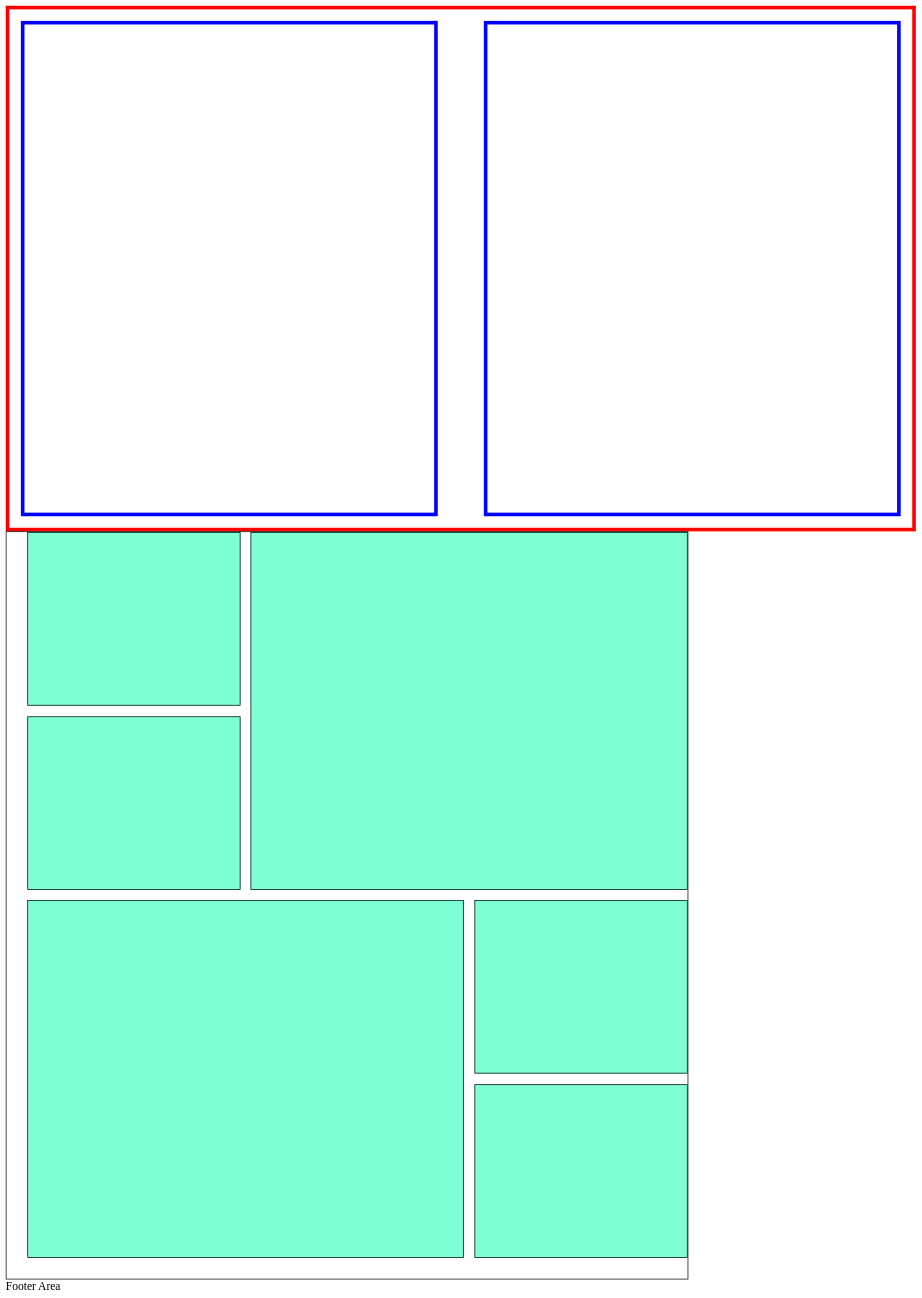
Repository: BwesewB/Brutalist-Website
Page: /
These files come from the project's save history. The page is drawn as it stood at one moment and after the next save; the edit follows.
The browser window is 1280 px wide. The pictures show the whole page, at 72% of full size.
The project was rebuilt for these pictures with package versions that can differ from the ones it lists, and the page was loaded fresh each time. The framework's server and built-in components were replaced by stand-ins that run in the browser. Also part of the build but not shown: next.config.mjs.

Above is the page before, as saved 2024-02-03 17:15:57.

After the next save:
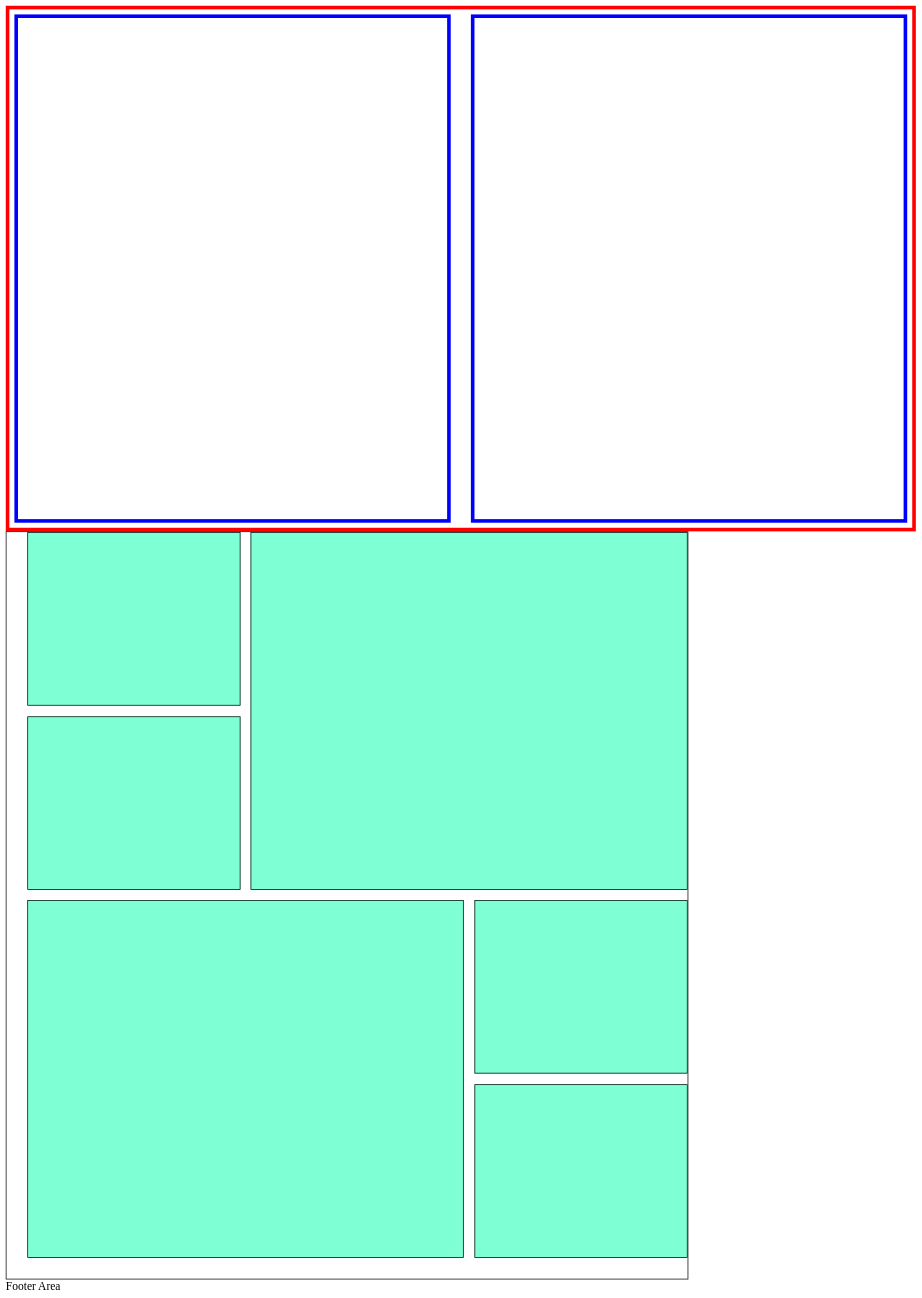
Saved 17 s later.
--- a/styles/Home.module.css
+++ b/styles/Home.module.css
@@ -22,11 +22,11 @@
   border: 5px solid red;
   display:grid;
   grid-template-columns: repeat(2, 1fr);
-  gap:2rem;
+  gap:2vh;
 }
 .graphic, .inputArea{
   border: 5px solid blue;
-  margin:1em;
+  margin:1vh;
 }
 .graphic{
   grid-column: 1/2;
